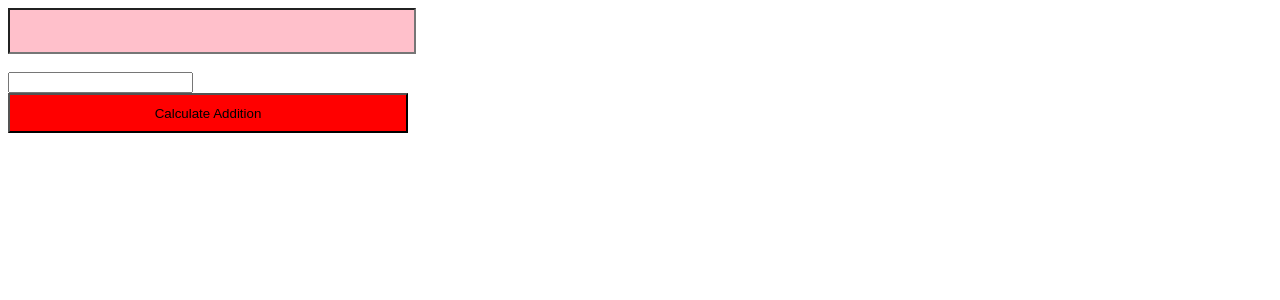
Repository: vaibhaokamble/MY_INSTITUTE_PUNE
Page: SERVLET/AdditionApplication/src/main/webapp/Addition.html
An editor plug-in stored every save of this project. The page is shown before and after the next save, followed by the edit.
The browser window is 1280 px wide. The pictures show the whole page.

Above is the page before, as saved 2022-10-18 08:18:35.

### SERVLET/AdditionApplication/src/main/webapp/Addition.html
<!DOCTYPE html>
<html>
<head>
<meta charset="UTF-8">
<title>Insert title here</title>
</head>
<body>
	<input type='text' name='first' value=''
		style='width: 400px; height: 40px; background-color:pink;' />
	<br>
	<br>
	<input type='text' name='second' value=''
	<br>
	<br>
	<input type='submit' name='s' value='Calculate Addition'
		style='width: 400px; height: 40px; background-color:red;' />

</body>
</html>

After the next save:
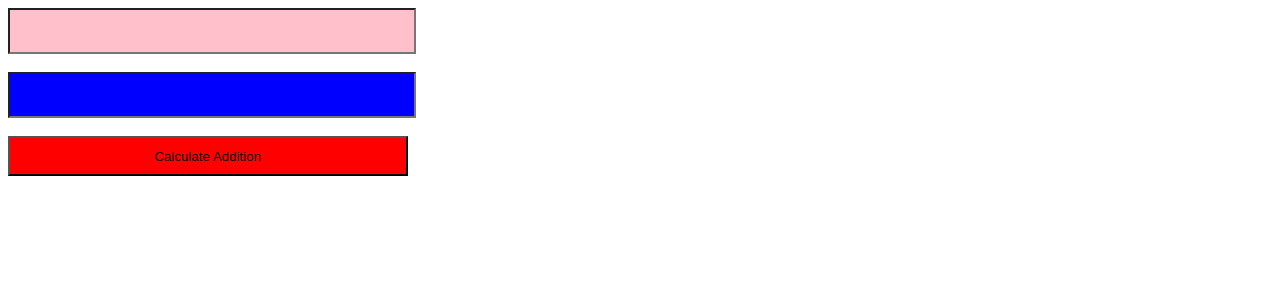
Saved 12 s later.
--- a/SERVLET/AdditionApplication/src/main/webapp/Addition.html
+++ b/SERVLET/AdditionApplication/src/main/webapp/Addition.html
@@ -10,6 +10,7 @@
 	<br>
 	<br>
 	<input type='text' name='second' value=''
+		style='width: 400px; height: 40px; background-color:blue;' />
 	<br>
 	<br>
 	<input type='submit' name='s' value='Calculate Addition'
